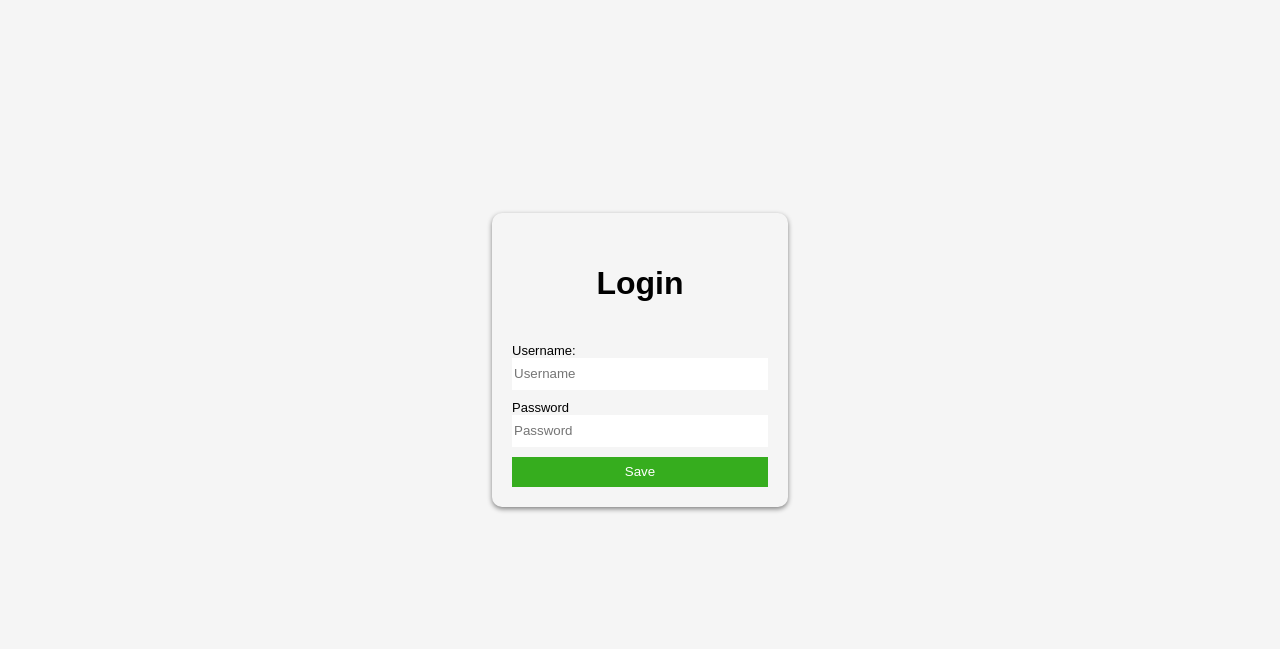
Repository: Dennis-star1001/PHP-CRUD
Page: http://localhost/login.php
An editor plug-in stored every save of this project. The page is shown before and after the next save, followed by the edit.
The browser window is 1280 px wide. The pictures show the whole page.
The page is run by PHP 8.4 with error messages shown; the project is at /var/www/html/.

Above is the page before, as saved 2022-07-05 09:55:30.

### login.php
<?php require("backend.php");
?>
<?php
 $msg = "";
 $type = "";
if (isset($_GET['msg'])) {
    $msg = $_GET['msg'];
}

?>
<!DOCTYPE html>
<html lang="en">

<head>
    <meta charset="UTF-8">
    <meta http-equiv="X-UA-Compatible" content="IE=edge">
    <meta name="viewport" content="width=device-width, initial-scale=1.0">
    <link rel="stylesheet" href="style.css">
    <title>Document</title>
</head>
<body>
    <form method="POST" action="backend.php">
        <div class="container">
            <div class="left">
            <?php echo "<div class='error'>$msg</div>" ?>
            <h1 class="title">Login</h1>
                <div class='success'></div>
                <div class="input-field">
                    <label for="username">Username:</label>
                    <input type="text" class="text-input" placeholder="Username" name="username" />
                </div>
                <div class="input-field">
                    <label for="password">Password</label>
                    <input type="password" class="text-input" placeholder="Password" name="password" />
                </div>

                <input type="submit" value="Save" class="submit" name="login" />

            </div>

        </div>
    </form>

</body>

</html>

### backend.php
<?php
require("connection.php");

if (isset($_POST['register'])) {
    $username = $_POST['username'];
    $email = $_POST['email'];
    $password = sha1($_POST['password']);
    $phone = $_POST['phone'];

if(empty($username) || empty($email) || empty($password) || empty($phone)){
    header("Location: register.php?msg=Empty field not allowed!");
    exit;
}

    //check if existed
    $Select_sql = "SELECT * FROM register WHERE username = '$username' AND phone = '$phone'";

    $query =  mysqli_query($conn, $Select_sql);


    if (mysqli_num_rows($query) > 0) {
        header("Location: register.php?error=msg=This user already");
        exit;
    }else{
        $Insert_sql = "INSERT INTO register SET username = '$username', email='$email', password='$password', phone = '$phone'";
        mysqli_query($conn, $Insert_sql);
        header("Location: login.php?success=msg=You can now register");

    }

}


if (isset($_POST['login'])) {
    if($success = $msg){
        echo "success";
    }
    $msg = "";
    $type = "";
   if (isset($_GET['msg'])) {
       $msg = $_GET['msg'];
   }
}

### connection.php
<?php
$conn = mysqli_connect("localhost", "root", "", "Wild_animals");
if(!$conn){
die("Connection failed: " . mysqli_connect_error());
}

### style.css
body {
    margin: 0px;
    font-family: sans-serif;
    background-color: whitesmoke;
}

.title{

    text-align: center;

}

.container{
    display: flex;
    justify-content: center;
    align-items: center;
    height: 100vh;
}
.left{
    display: flex;
    flex-direction: column;
    width: 20%;
    /* border: 1px solid black; */
    box-shadow: 0 2px 5px gray;
    border-radius: 10px;
    padding: 20px;
    gap: 10px;
}
.input-field{
    display: flex;
    flex-direction: column;
}
input{
    height: 30px;
    border: none;

}
input:focus{
    outline: none;
    border-bottom: 1px solid gray;
}
label{
    font-size: 13px;
}
.submit{
    background-color: rgb(54, 173, 30);
    border: none;
    color: white;
}
.error {
    height: 5%;
    width: 100%;
    background-color: pink;
    color: red;
    font-family: sans-serif;
    display: flex;
    justify-content: center;
    align-items: center;
    font-size: 15px;
}

.success {
    height: 10%;
    width: 100%;
    background-color: lightgreen;
    color: green;
    font-family: sans-serif;
    display: flex;
    justify-content: center;
    align-items: center;
    font-size: 15px;
}

After the next save:
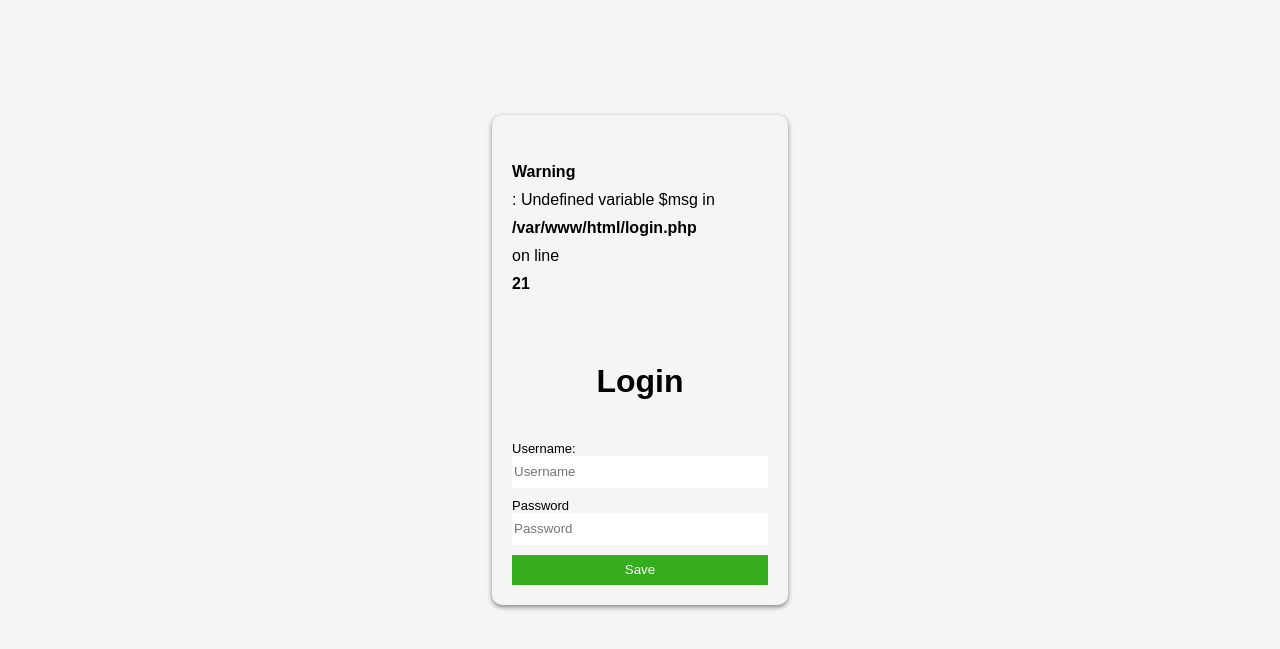
Saved 3 s later.
--- a/login.php
+++ b/login.php
@@ -1,11 +1,7 @@
 <?php require("backend.php");
 ?>
 <?php
- $msg = "";
- $type = "";
-if (isset($_GET['msg'])) {
-    $msg = $_GET['msg'];
-}
+
 
 ?>
 <!DOCTYPE html>
